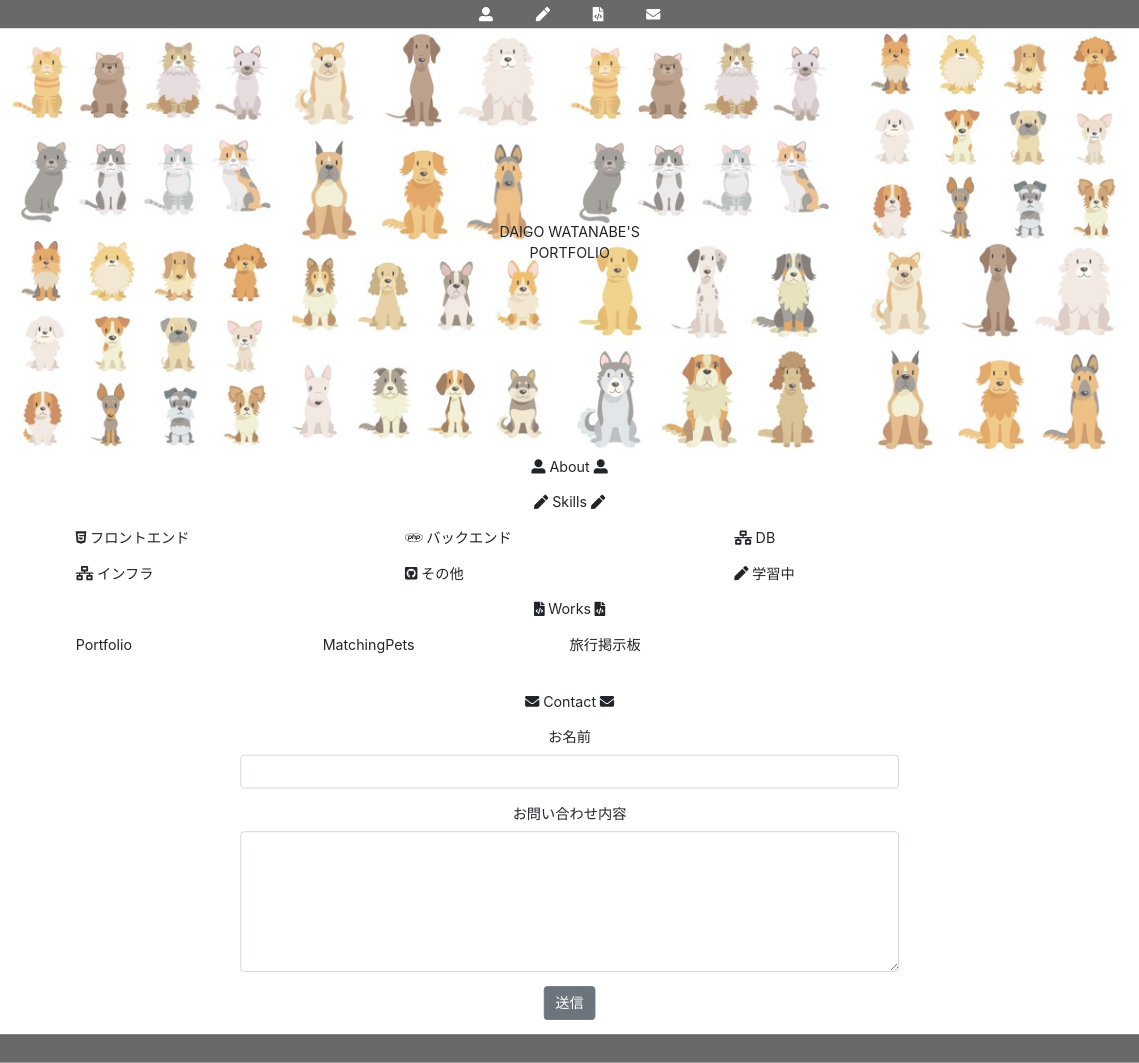
Repository: watanabedaigo/Portfolio
Page: index.html
The author's editor kept a record of every edit. The page is drawn from the files as they stood at one moment, then again after the next edit.
The browser window is 1280 px wide. The pictures show the whole page, at 89% of full size.
Some web libraries are served in a nearby version.

Above is the page before.

### index.html
<!DOCTYPE html>
<html lang="ja">
    <head>
        <meta charset="utf-8">
        <meta name="viewport" content="width=device-width, initial-scale=1, shrink-to-fit=no">
        <link rel="stylesheet"  href="css/main.css">
        <link rel="stylesheet" href="https://stackpath.bootstrapcdn.com/bootstrap/4.3.1/css/bootstrap.min.css">
        <link href="https://use.fontawesome.com/releases/v5.6.1/css/all.css" rel="stylesheet">
        <title>DAIGO WATANABE'S PORTFOLIO</title>
    </head>
    <body>
        <!--ヘッダー-->
        <header>
            <div class="d-flex justify-content-center align-items-center" style="background-color:dimgray; height:2rem; color:white;">
                <!--自己紹介アイコン-->
                <span class="mr-4"><i class="fas fa-user-alt"></i></span>
                <!--技術アイコン-->
                <span class="mr-4 ml-4"><i class="fas fa-pen"></i></span>
                <!--作成物アイコン-->
                <span class="mr-4 ml-4"><i class="fas fa-file-code"></i></span>
                <!--お問い合わせアイコン-->
                <span class="ml-4"><i class="fas fa-envelope"></i></span>
            </div>
        </header>

        <!--トップ写真-->
        <div style="position:relative;">
            <!--写真-->
            <img src="img/top-img.jpg" class="w-100"></img>
            <!--タイトル-->
            <p class="d-inline-block text-center m-auto"  style="position:absolute; top: 50%; left: 50%; transform: translateY(-50%) translateX(-50%); -webkit-transform: translateY(-50%) translateX(-50%);">DAIGO WATANABE'S<br>PORTFOLIO</p>
        </div>

        <!--コンテンツ-->
        <div class="container mx-auto">
            <!--自己紹介-->
            <div>
                <p class="text-center"><i class="fas fa-user-alt mr-1"></i>About<i class="fas fa-user-alt ml-1"></i></p>
                <div>
                    <!--写真と一言-->
                    <div>
                    </div>
                    <!--自己紹介文-->
                    <div>
                    </div>
                </div>
            </div>

            <!--技術-->
            <div>
                <p class="text-center"><i class="fas fa-pen mr-1"></i>Skills<i class="fas fa-pen ml-1"></i></p>
                <div class="row no-gutters">
                    <!--フロントエンド-->
                    <div class="col-md-4 col-12">
                        <p><i class="fab fa-html5 mr-1"></i>フロントエンド</p>
                        <!--詳細-->
                        <div>
                        </div>
                    </div>
                    <!--バックエンド-->
                    <div class="col-md-4 col-12">
                        <p><i class="fab fa-php mr-1"></i>バックエンド</p>
                        <!--詳細-->
                        <div>
                        </div>
                    </div>
                    <!--DB-->
                    <div class="col-md-4 col-12">
                        <p><i class="fas fa-network-wired mr-1"></i>DB</p>
                        <!--詳細-->
                        <div>
                        </div>
                    </div>
                    <!--インフラ-->
                    <div class="col-md-4 col-12">
                        <p><i class="fas fa-network-wired mr-1"></i>インフラ</p>
                        <!--詳細-->
                        <div>
                        </div>
                    </div>
                    <!--その他-->
                    <div class="col-md-4 col-12">
                        <p><i class="fab fa-github-square mr-1"></i>その他</p>
                        <!--詳細-->
                        <div>
                        </div>
                    </div>
                    <!--今後学習したいもの-->
                    <div class="col-md-4 col-12">
                        <p><i class="fas fa-pen mr-1 mr-1"></i>学習中</p>
                        <!--詳細-->
                        <div>
                        </div>
                    </div>
                </div>
            </div>

            <!--作成物-->
            <div>
                <p class="text-center"><i class="fas fa-file-code mr-1"></i>Works<i class="fas fa-file-code ml-1"></i></p>
                <div class="row no-gutters">
                    <!--ポートフォリオ-->
                    <div class="col-md-3 col-6">
                        <p>Portfolio</p>
                        <img src=""></img>
                        <!--詳細-->
                        <div>
                        </div>
                    </div>
                    <!--MatchingPets-->
                    <div class="col-md-3 col-6">
                        <p>MatchingPets</p>
                        <img src=""></img>
                        <!--詳細-->
                        <div>
                        </div>
                    </div>
                    <!--TravelMemories-->
                    <div class="col-md-3 col-6">
                        <p>旅行掲示板</p>
                        <img src=""></img>
                        <!--詳細-->
                        <div>
                        </div>
                    </div>
                </div>
            </div>

            <!--お問い合わせ-->
            <div class="text-center">
                <p><i class="fas fa-envelope mr-1"></i>Contact<i class="fas fa-envelope ml-1"></i></p>
                <div>
                    <!--フォーム-->
                    <form>
                        <!--氏名-->
                        <div class="form-group">
                            <label for="name">お名前</label>
                            <input type="text" name="name" id="name" class="form-control col-md-8 col-12 mx-auto">
                        </div>
                        <!--問い合わせ内容-->
                        <div class="form-group">
                            <label for="content">お問い合わせ内容</label>
                            <textarea name="content" id="content" rows="6" class="form-control col-md-8 col-12 mx-auto"></textarea>
                        </div>
                        <!--送信ボタン-->
                        <input type="submit" value="送信" class="btn btn-secondary">
                    </form>
                </div>
            </div>
        </div>

        <!--フッター-->
        <footer>
            <div style="background-color:dimgray; height:2rem; color:white;">
                <!--copyright-->
                <p></p>
            </div>
        </footer>

        <script src="https://code.jquery.com/jquery-3.4.1.min.js"></script>
        <script src="js/main.js"></script>
        <script src="https://stackpath.bootstrapcdn.com/bootstrap/4.2.1/js/bootstrap.min.js"></script>
        <script src="https://use.fontawesome.com/releases/v5.7.2/js/all.js"></script>
    </body>
</html>

### css/main.css
.header {
    background-color:dimgray;
    height:2rem;
    color:white;
}

.footer {
    background-color:dimgray;
    height:2rem;
    color:white;
}

.title {
    position:absolute;
    top:50%;
    left:50%;
    transform:translateY(-50%) translateX(-50%);
    -webkit-transform:translateY(-50%) translateX(-50%);
}

Loaded but not shown: js/main.js (no copy from this time; the picture is the same without it)

After the next edit:
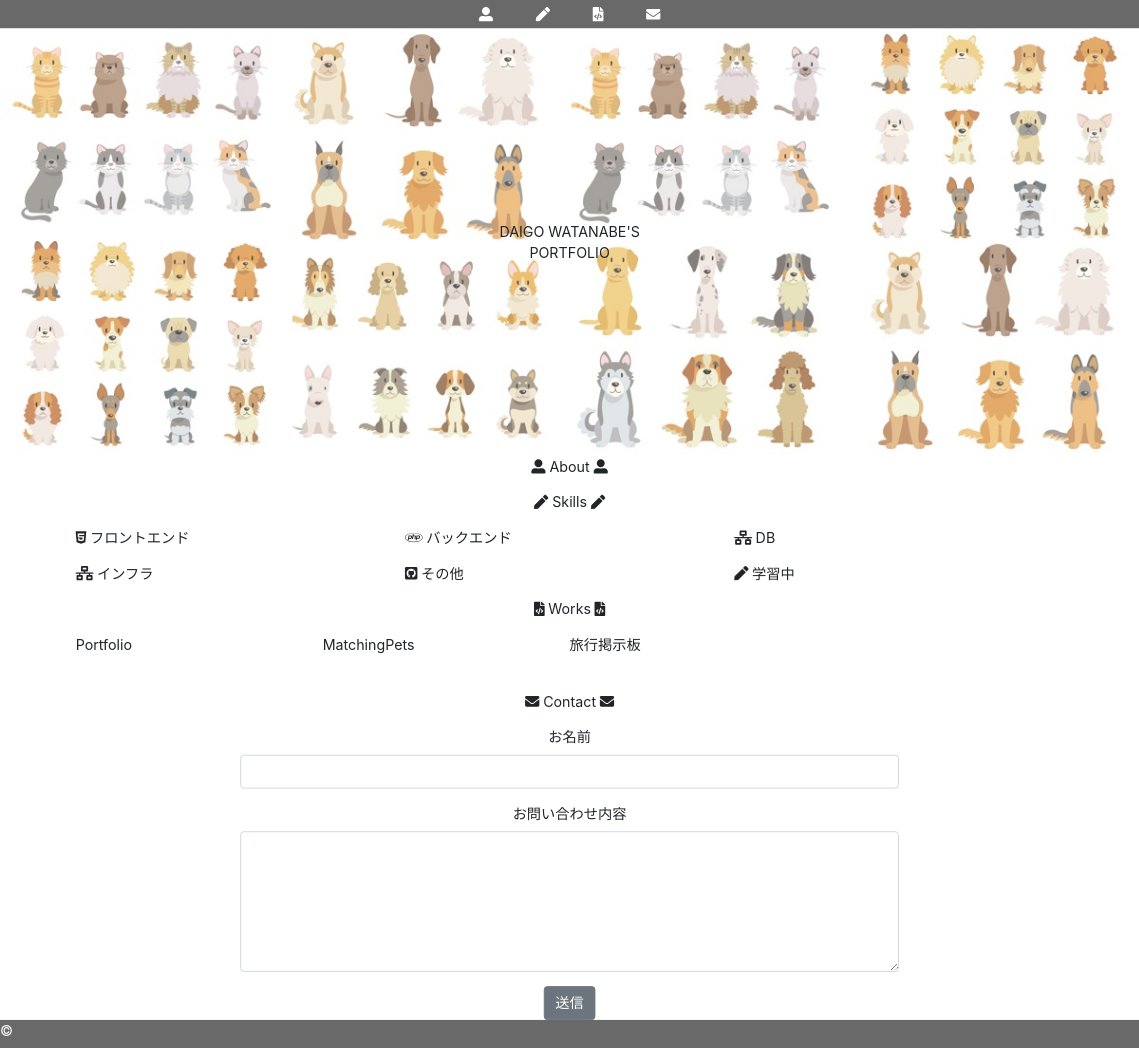
The edit:
--- a/index.html
+++ b/index.html
@@ -153,7 +153,7 @@
         <footer>
             <div style="background-color:dimgray; height:2rem; color:white;">
                 <!--copyright-->
-                <p></p>
+                <p>&copy;</p>
             </div>
         </footer>
 
